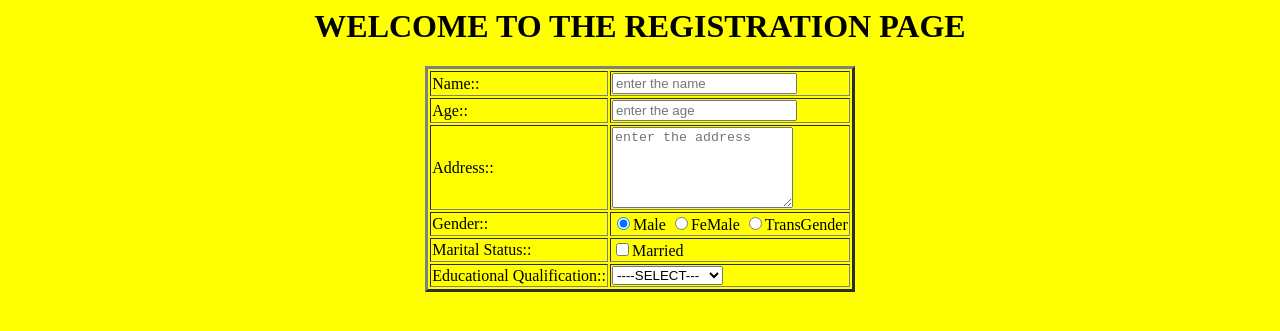
Repository: shivaramkrishna53/SERVLET_PROJECTS
Page: proj12-WorkingWithDifferentFormComponents-RegistrationApp/WebContent/input.html
The author's editor kept a copy of each file at every save. The page is drawn from the files as they stood at one save, then again after the next save.
The browser window is 1280 px wide. The pictures show the whole page.

Above is the page before, as saved 2021-01-12 14:32:48.

After the next save:
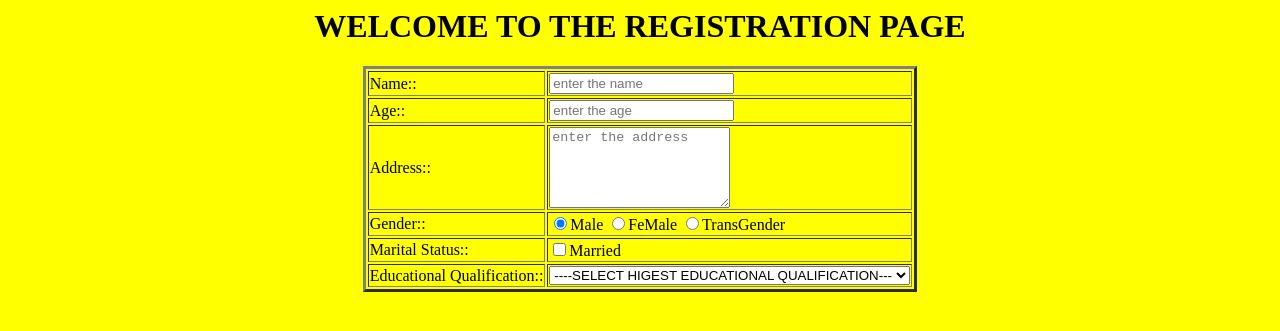
Saved 2 min 55 s later.
--- a/proj12-WorkingWithDifferentFormComponents-RegistrationApp/WebContent/input.html
+++ b/proj12-WorkingWithDifferentFormComponents-RegistrationApp/WebContent/input.html
@@ -45,7 +45,7 @@ Educational Qualification::
 </td>
 <td>
 <select name="education">
-<option>----SELECT---</option>
+<option>----SELECT HIGEST EDUCATIONAL QUALIFICATION---</option>
 <option value="btech">B.TECH</option>
 <option value="mbbs">MBBS</option>
 <option value="bcom">B.COM</option>
